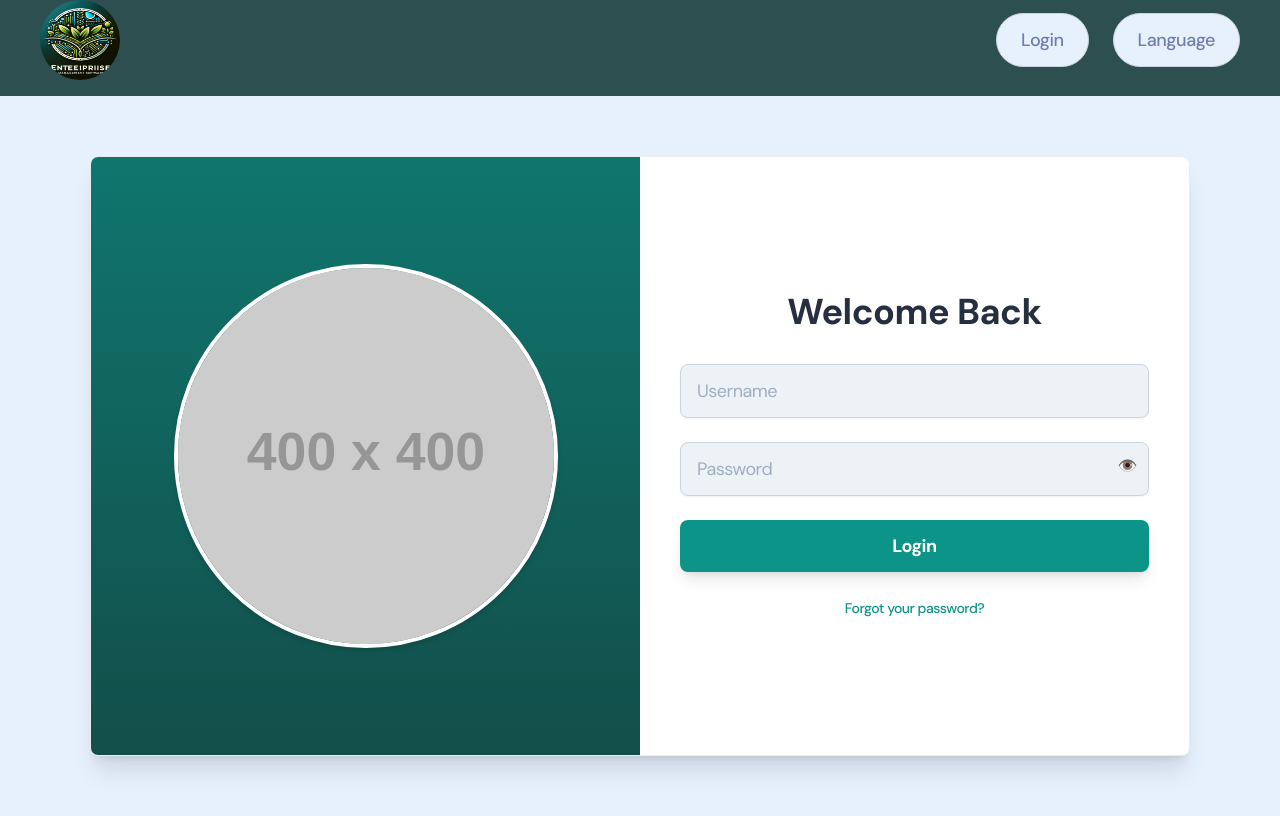
Repository: GinTee7/HR-Management
Page: / (app in Project-Management/)
An editor plug-in stored every save of this project. The page is shown before and after the next save, followed by the edit.
The browser window is 1280 px wide. The pictures show the whole page.
The project was rebuilt for these pictures with package versions that can differ from the ones it lists, and the page was loaded fresh each time. Also part of the build but not shown: Project-Management/vite.config.js, Project-Management/src/components/Login/ForgotPassword.jsx.

Above is the page before, as saved 2025-01-01 09:25:57.

After the next save:
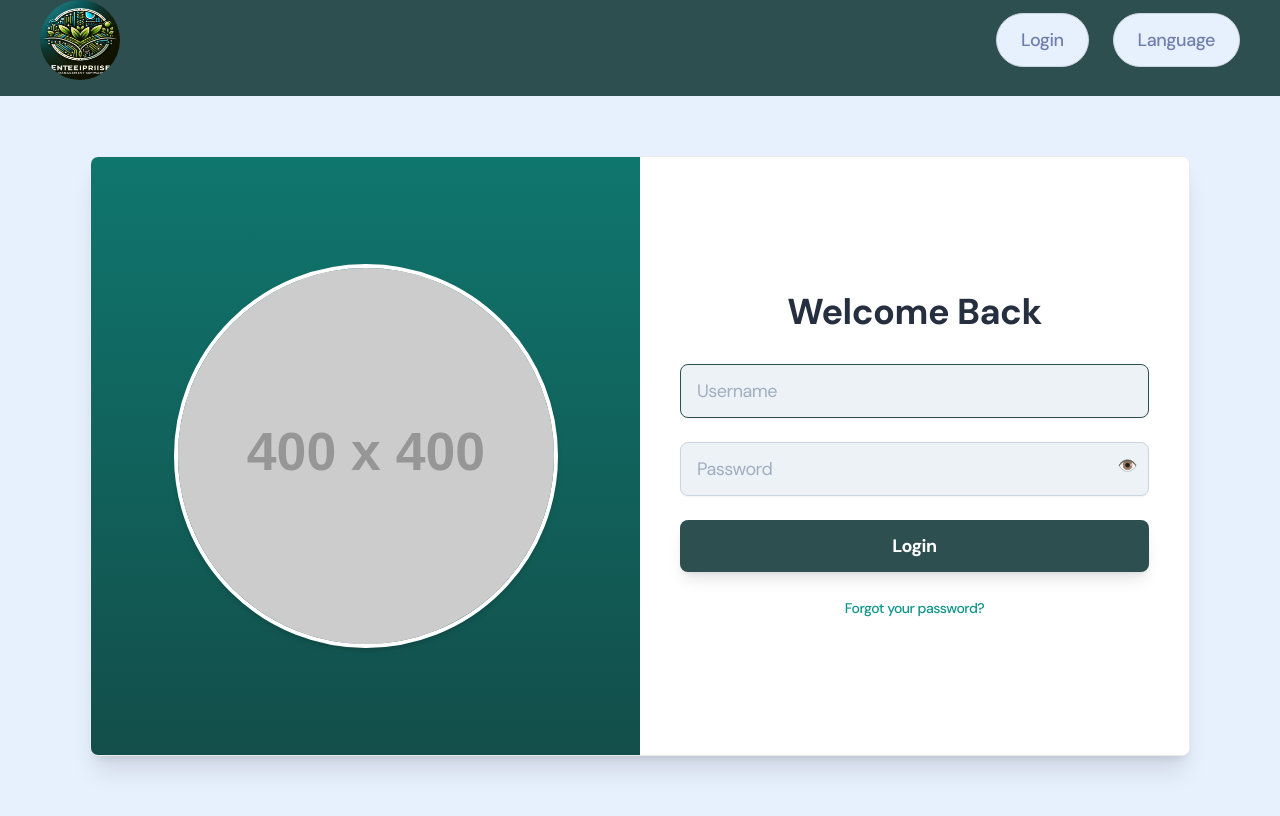
Saved 54 s later.
--- a/Project-Management/src/components/Login/LoginPage.jsx
+++ b/Project-Management/src/components/Login/LoginPage.jsx
@@ -21,7 +21,7 @@
           <form className="flex flex-col w-full gap-6">
             {/* Username Input */}
             <input
-              className="w-full px-4 py-3 text-lg text-gray-900 placeholder-gray-400 bg-gray-100 border border-gray-300 rounded-lg shadow-sm focus:outline-none focus:ring-2 focus:ring-teal-500"
+              className="w-full px-4 py-3 text-lg text-gray-900 placeholder-gray-400 bg-gray-100 border border-[#2E4F4F] rounded-lg shadow-sm focus:outline-none focus:ring-2 focus:ring-[#2E4F4F]"
               type="text"
               placeholder="Username"
             />
@@ -29,7 +29,7 @@
             {/* Password Input */}
             <div className="relative">
               <input
-                className="w-full px-4 py-3 text-lg text-gray-900 placeholder-gray-400 bg-gray-100 border border-gray-300 rounded-lg shadow-sm focus:outline-none focus:ring-2 focus:ring-teal-500"
+                className="w-full px-4 py-3 text-lg text-gray-900 placeholder-gray-400 bg-gray-100 border border-gray-300 rounded-lg shadow-sm focus:outline-none focus:ring-2 focus:ring-[#2E4F4F]"
                 type="password"
                 placeholder="Password"
               />
@@ -44,7 +44,7 @@
             {/* Login Button */}
             <button
               type="submit"
-              className="w-full py-3 text-lg font-bold text-white bg-teal-600 rounded-lg shadow-lg hover:bg-teal-700 focus:outline-none focus:ring-2 focus:ring-teal-500"
+              className="w-full py-3 text-lg font-bold text-white bg-[#2E4F4F] rounded-lg shadow-lg hover:bg-[#2E4F4F] focus:outline-none focus:ring-2 focus:ring-teal-500"
             >
               Login
             </button>
